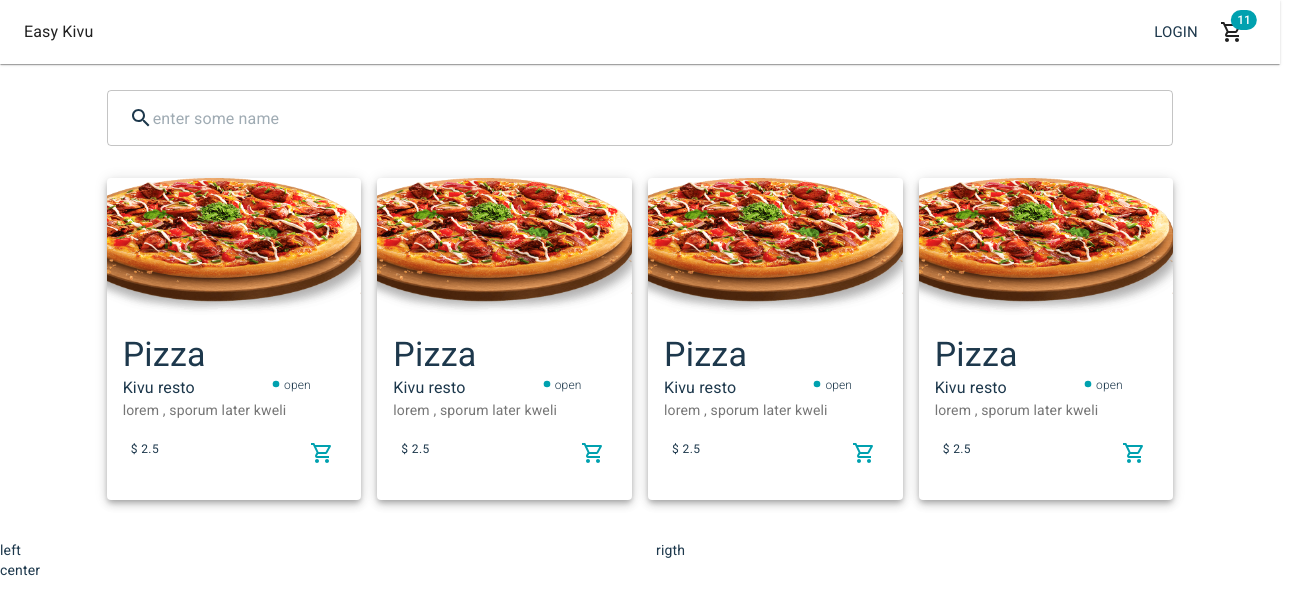
Repository: kilamaelie/jokes-dapp
Page: /
These files come from the project's save history. The page is drawn as it stood at one moment and after the next save; the edit follows.
The browser window is 1280 px wide. The page is 1296 px wide, so the pictures cover 1296 px, including what lies to the right of the window. The pictures show the whole page.
The project was rebuilt for these pictures with package versions that can differ from the ones it lists, and the page was loaded fresh each time. Also part of the build but not shown: src/ui/page/dashboard/dashboard.js.

Above is the page before, as saved 2021-06-28 09:38:06.

### src/App.js
import React from 'react'
import {BrowserRouter as Router ,Route} from 'react-router-dom'
import {ThemeProvider } from "@material-ui/core/styles";
import theme from './App_theme/theme'
import CssBaseline from '@material-ui/core/CssBaseline'
import Easy from './ui/page/easy'
import Dashboards from  './ui/page/dashboard/dashboard'



const App =()=>{


  return (
    <ThemeProvider theme={theme}>
      <CssBaseline>
           <Router>
            {/* <Switch> */}
              <Route path= '/' component={Easy}/>
              <Route  path='/dashboard' component={Dashboards}/>
            {/* </Switch> */}
            </Router>

      </CssBaseline>
    </ThemeProvider>
  )
}

export default App

### src/App_theme/theme.js
import {createMuiTheme} from '@material-ui/core/styles'


const theme =createMuiTheme({
    palette:{
        primary:{
          main: '#FFF'
        },
        secondary:{
          main: '#00A1AF'
        },
        background:{
          default:'#FFF'
        },
        text:{
          primary:'#1D384C',
        }

      }
})

export default theme

### src/ui/page/easy.js
import React from '@material-ui/core'
import {BrowserRouter as Router ,Switch,Route} from 'react-router-dom'
import Main from './website/main'
import AppBars from '../widget/appbar'
import Footer from '../widget//footer'


const Easy =()=>{
    return (
        <Router>
             <AppBars/>
                <Switch>
                     <Route path= '/' component={Main}/>
                </Switch>
            <Footer/>
        </Router>
    )
}

export default Easy;

### src/ui/page/website/main.js
import React from 'react'
import {Switch,Route} from 'react-router-dom'
import Home from './screen/home'



const Main =()=>{
    return (
            <Switch>

                <Route exact path= '/' component={Home}/>
            </Switch>
        )
}

export default Main

### src/ui/widget/appbar.js
import React,{useState} from 'react'
import {Grid,AppBar,Toolbar,IconButton,Typography,Button,Dialog,DialogContent,DialogContentText,MenuItem,Menu,Badge} from '@material-ui/core';
// import RestaurantMenuIcon from '@material-ui/icons/RestaurantMenu';
// import AccountCircle from '@material-ui/icons/AccountCircle';
// import NotificationsIcon from '@material-ui/icons/Notifications';
import MoreIcon from '@material-ui/icons/MoreVert';
// import { useTheme} from '@material-ui/core/styles'
// import useMediaQuery from '@material-ui/core/useMediaQuery';
import useStyles from '../style'
import ShoppingCartOutlinedIcon from '@material-ui/icons/ShoppingCartOutlined';




const AppBars =()=>{

  const classes = useStyles();
  const [open, setOpen] = useState(false);
  //const theme = useTheme();
 // const fullScreen = useMediaQuery(theme.breakpoints.down('sm'));

  const handleClickOpen = () => {
    setOpen(true);
  };
  const handleClose = () => {
    setOpen(false);
  };
  // for the app bar

  const [anchorEl, setAnchorEl] = React.useState(null);
  const [mobileMoreAnchorEl, setMobileMoreAnchorEl] = React.useState(null);

  const isMenuOpen = Boolean(anchorEl);
  const isMobileMenuOpen = Boolean(mobileMoreAnchorEl);

  // const handleProfileMenuOpen = (event) => {
  //   setAnchorEl(event.currentTarget);
  // };
  const handleMenuClose = () => {
    setAnchorEl(null);
    handleMobileMenuClose();
  };
  const handleMobileMenuClose = () => {
    setMobileMoreAnchorEl(null);
  };
  const handleMobileMenuOpen = (event) => {
    setMobileMoreAnchorEl(event.currentTarget);
  };
  const handleLogoutAndMenuClose = () =>{
    const logout = localStorage.removeItem('token')
    localStorage.removeItem('id')
    localStorage.removeItem('user')
    setAnchorEl(null);
    handleMobileMenuClose();
    window.location.reload();
    return logout
  }

  const menuId = 'primary-search-account-menu';
  const renderMenu = (
    <Menu
      anchorEl={anchorEl}
      anchorOrigin={{ vertical: 'top', horizontal: 'right' }}
      id={menuId}
      keepMounted
      transformOrigin={{ vertical: 'top', horizontal: 'right' }}
      open={isMenuOpen}
      onClose={handleMenuClose}
    >
      <MenuItem onClick={handleMenuClose}>Profile</MenuItem>
      <MenuItem onClick={handleLogoutAndMenuClose}>Logout</MenuItem>
    </Menu>
  );

  const mobileMenuId = 'primary-search-account-menu-mobile';
  const renderMobileMenu = (
    <Menu
      anchorEl={mobileMoreAnchorEl}
      anchorOrigin={{ vertical: 'top', horizontal: 'right' }}
      id={mobileMenuId}
      keepMounted
      transformOrigin={{ vertical: 'top', horizontal: 'right' }}
      open={isMobileMenuOpen}
      onClose={handleMobileMenuClose}
    >
          {/* <MenuItem>
          <Typography className={classes.typoAppbar}>VENDOR</Typography>
          </MenuItem>
          <MenuItem>
           <Typography className={classes.typoAppbar}>Contact</Typography>
          </MenuItem> */}
          {/* {
            token!=null? <div>
               <MenuItem>
        <IconButton aria-label="show 11 new notifications" color="inherit">
          <Badge badgeContent={11} color="secondary">
            <NotificationsIcon />
          </Badge>
        </IconButton>
        <p>Notifications</p>
      </MenuItem>
      <MenuItem onClick={handleProfileMenuOpen}>
        <IconButton
          aria-label="account of current user"
          aria-controls="primary-search-account-menu"
          aria-haspopup="true"
          color="inherit"
        >
          <AccountCircle />
        </IconButton>
        <p>Profile</p>
      </MenuItem>
            </div>

            :  */}
             <div>
              <MenuItem>
            <Button onClick={handleClickOpen}><Typography className={classes.typoAppbar}>Login</Typography></Button>
                    <Dialog
                        // fullScreen={fullScreen}
                        open={open}
                        onClose={handleClose}
                        aria-labelledby="responsive-dialog-title"
                          >
                            <DialogContent>
                              <DialogContentText>
                                  {/* <Login/> */}
                              </DialogContentText>
                            </DialogContent>
                    </Dialog>
          </MenuItem>
            </div>
          {/* } */}


    </Menu>
  );
  return (
      <Grid container direction='row'>
          {/* <Grid item xs={1} sm={1}></Grid> */}
          <Grid item xs={12} sm={12}>
          <AppBar position="fixed" elevation={1}  >
        <Toolbar>
          {/* <IconButton
            component={Link}
            to='/'
            edge="start"
            className={classes.menuButton}
            color="inherit"
            aria-label="open drawer"
          >
            <RestaurantMenuIcon className={classes.icon} />
          </IconButton> */}
          <Typography className={classes.title}  noWrap>
            Easy Kivu
          </Typography>

          <div className={classes.grow} />
          <div className={classes.sectionDesktop}>
             {/* <Button ><Typography className={classes.typoAppbar}>VENDOR</Typography></Button>
            <Button><Typography className={classes.typoAppbar}>CONTACT</Typography></Button> */}
            {/* {token!=null?
            <div>
            <IconButton aria-label="show 17 new notifications" color="inherit">
              <Badge badgeContent={17} color="secondary">
                <NotificationsIcon  color="secondary"/>
              </Badge>
            </IconButton>
            <IconButton
              edge="end"
              aria-label="account of current user"
              aria-controls={menuId}
              aria-haspopup="true"
              onClick={handleProfileMenuOpen}
              color="inherit"
            >
              <AccountCircle color="secondary" />
            </IconButton>
            </div>
            : */}
            <div>
               <Button onClick={handleClickOpen}><Typography className={classes.typoAppbar}>LOGIN</Typography></Button>
                <Dialog
                    // fullScreen={fullScreen}
                    open={open}
                    onClose={handleClose}
                    aria-labelledby="responsive-dialog-title"
                      >
                        <DialogContent>
                          <DialogContentText>
                          {/* <Login/> */}
                          </DialogContentText>
                        </DialogContent>

                    </Dialog>
            </div>

            {/* } */}

          </div>
          <IconButton aria-label="show 11 new notifications" color="inherit">
          <Badge badgeContent={11} color="secondary">
            <ShoppingCartOutlinedIcon />
          </Badge>
        </IconButton>
          <div className={classes.sectionMobile}>
            <IconButton
              aria-label="show more"
              aria-controls={mobileMenuId}
              aria-haspopup="true"
              onClick={handleMobileMenuOpen}
              color="inherit"
            >
              <MoreIcon className={classes.icon} />
            </IconButton>
          </div>
        </Toolbar>
      </AppBar>
      {renderMobileMenu}
      {renderMenu}
          </Grid>
          {/* <Grid item xs={1} sm={1}></Grid> */}
      </Grid>
  )

}
export default AppBars

### src/ui/widget/footer.js
import React from 'react'
import {Grid} from '@material-ui/core'


const Footer=()=>{
    return (
        <Grid container>
            <Grid item xs={12} sm={12} md={12} lg={12} xl={12}>
                <Grid container spacing={4}>
                    <Grid item xs={6} sm={6} md={6} lg={6} xl={6}>left</Grid>
                    <Grid item xs={6} sm={6} md={6} lg={6} xl={6}>rigth</Grid>
                </Grid>
            </Grid>
            <Grid item xs={12} sm={12} md={12} lg={12} xl={12}>
                <Grid container>
                    <Grid item>center</Grid>
                </Grid>
            </Grid>
        </Grid>
    )
}


export default Footer;

### src/ui/page/website/screen/home.js
import React from 'react'
import useStyles from '../../../style'
import {Grid,TextField,InputAdornment} from '@material-ui/core'
import SearchIcon from '@material-ui/icons/Search';
import CardItem from '../screen/widget/card'


const Home = () =>{
    const classes =useStyles()

    return (
        <Grid container direction='row' className={classes.margin_40} >
            <Grid item xs={1} sm={1}></Grid>
            <Grid item xs={10} sm={10}  >
               <Grid container spacing={4}  >
                   <Grid item xs={12} sm={12}>
                       <TextField
                        variant='outlined'
                        fullWidth
                        onFocus
                        placeholder="enter some name"
                        InputProps={{
                            startAdornment: (
                              <InputAdornment position="end">
                                <SearchIcon />
                              </InputAdornment>
                            ),
                          }}
                       />
                   </Grid>
                   <Grid item xs={12} sm={12}>
                       <Grid container spacing ={2}>
                           <Grid item xs={12} sm={3}>
                           <CardItem/>
                           </Grid>
                           <Grid item xs={12} sm={3}>
                           <CardItem/>
                           </Grid>
                           <Grid item xs={12} sm={3}>
                           <CardItem/>
                           </Grid>
                           <Grid item xs={12} sm={3}>
                           <CardItem/>
                           </Grid>
                       </Grid>
                   </Grid>
               </Grid>
            </Grid>
            <Grid item xs={1} sm={1}></Grid>
        </Grid>
    )
}

export default Home

### src/ui/style.js
import {makeStyles} from '@material-ui/core/styles'

export default makeStyles((theme)=>({

    app:{
        background:'white',
        //marginTop:10,
        // marginbo

    },

    grow: {
        flexGrow: 1,
      },
      menuButton: {
        marginRight: theme.spacing(4),
      },
      title: {
        display: '',
        color:theme.palette.primary.secondary,
        fontWeight: 400 ,
        [theme.breakpoints.up('sm')]: {
          display: 'block',
          fontWeight: 400
        },
      },

      sectionDesktop: {
        display: 'none',
        [theme.breakpoints.up('md')]: {
          display: 'flex',
        },
      },
      sectionMobile: {
        display: 'flex',
        [theme.breakpoints.up('md')]: {
          display: 'none',
        },
      },
    icon:{
        color:theme.palette.primary.secondary,
    },
    typoAppbar:{
      color:theme.palette.primary.secondary,
      fontSize: 15,
      fontWeight:400
    },
    homeAppbar:{
      marginTop:40,
      backgroundColor:theme.palette.primary.secondary,
      height:80,
      borderRadius:"10px"
    },
    margin_40:{
      marginTop: 90,
      marginBottom:40
    }

}))

### src/ui/page/website/screen/widget/card.js
import React from 'react'
import {Grid,Typography,IconButton} from '@material-ui/core'
import Card from '@material-ui/core/Card';
// import CardActionArea from '@material-ui/core/CardActionArea';
import CardActions from '@material-ui/core/CardActions';
import CardContent from '@material-ui/core/CardContent';
import CardMedia from '@material-ui/core/CardMedia';
// import Button from '@material-ui/core/Button';
import Pizza from '../../../../../assets/pizza.png'
import ShoppingCartOutlinedIcon from '@material-ui/icons/ShoppingCartOutlined';
import FiberManualRecordIcon from '@material-ui/icons/FiberManualRecord';

const CardItem =()=>{
    return (
        <Card elevation={5} >
        {/* <CardActionArea> */}
          <CardMedia
            style={{height:140}}
            image={Pizza}
            // title={imagetitle}
          />
          <CardContent>
            <Typography  variant='h4' component="h2" >
              Pizza
            </Typography>
            <Grid container>
              <Grid item xs={8} sm={8}>
              <Typography   component="h2" >
              Kivu resto
            </Typography>
              </Grid>
             < Grid item xs={4} sm={4}>
              <Typography style={{fontWeight:300,fontSize:12}}>
             <FiberManualRecordIcon color='secondary' style={{fontSize:10}}/> open
            </Typography>
              </Grid>
            </Grid>

            <Typography variant="body2" color="textSecondary" style={{height:30}}>
             lorem , sporum later kweli
            </Typography>

        {/* </CardActionArea> */}
        <CardActions>
          <Grid container>
            <Grid item sm={6} md={6} xs={6} justify="center">
              <Typography variant="caption">
                $ 2.5
              </Typography>
            </Grid>
            <Grid item md={6} xs={6}>
              <Grid container direction="column" justify="center" alignItems="flex-end">
              <IconButton size="small" color="secondary" >
                <ShoppingCartOutlinedIcon/>
              </IconButton>
              </Grid>
            </Grid>
          </Grid>

        </CardActions>
        </CardContent>
      </Card>
    )
}


export default CardItem;

Loaded but not shown: public/index.html (common file); src/index.js (common file); src/index.css (common file); src/reportWebVitals.js (common file)

After the next save:
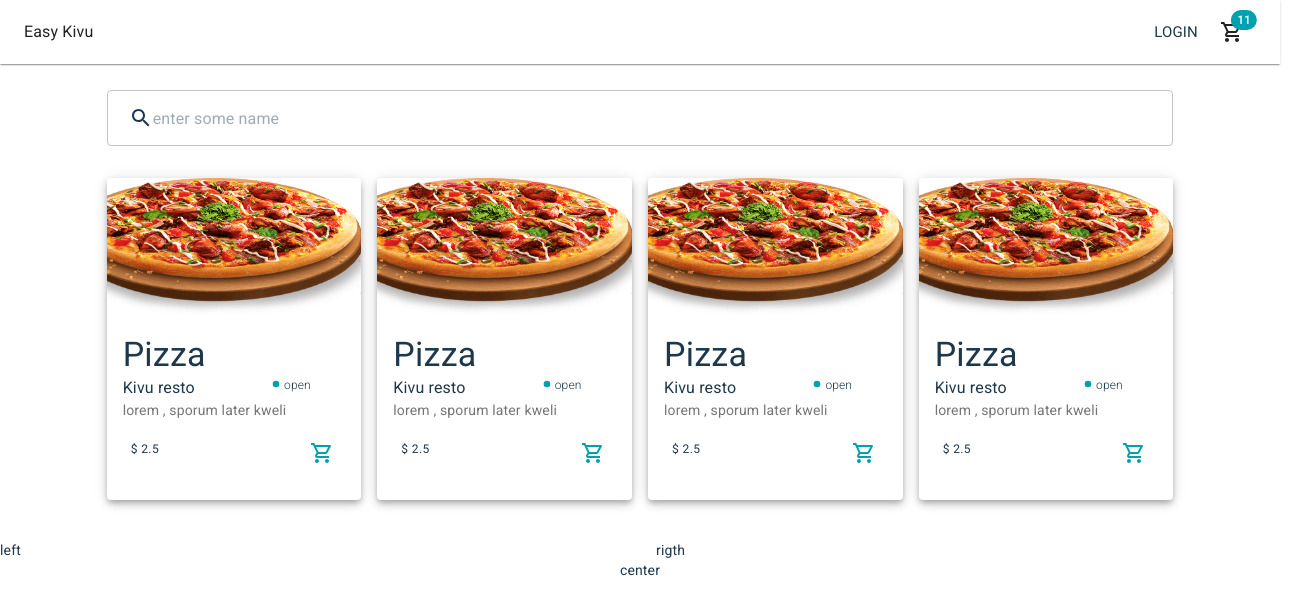
Saved 25 s later.
--- a/src/ui/widget/footer.js
+++ b/src/ui/widget/footer.js
@@ -12,7 +12,7 @@ const Footer=()=>{
                 </Grid>
             </Grid>
             <Grid item xs={12} sm={12} md={12} lg={12} xl={12}>
-                <Grid container>
+                <Grid container justify='center' alignItems='center'>
                     <Grid item>center</Grid>
                 </Grid>
             </Grid>
